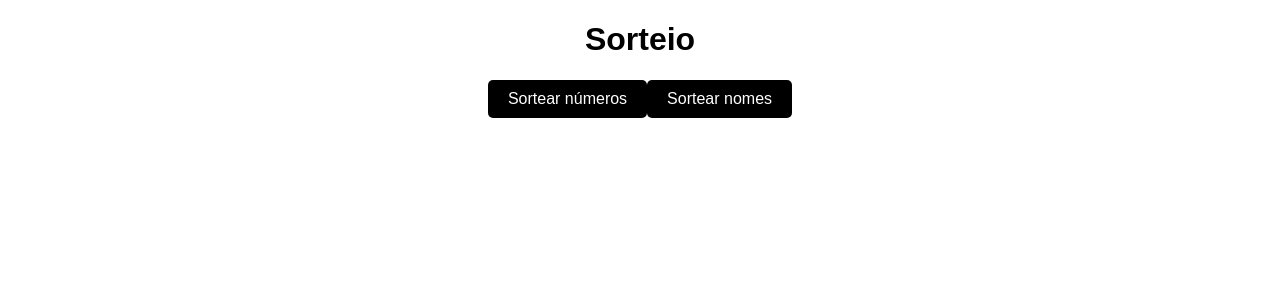
Repository: Matheus904-12/sorte
Page: index.html
The author's editor kept a copy of each file at every save. The page is drawn from the files as they stood at one save, then again after the next save.
The browser window is 1280 px wide. The pictures show the whole page.

Above is the page before, as saved 2023-09-10 19:06:49.

### index.html
<!DOCTYPE html>
<html lang="pt-br">
<head>
  <meta charset="UTF-8">
  <title>Sorteio</title>
  <link rel="stylesheet" href="style.css">
<script> src="main.js" </script>
</head>
<body>
  <div class="container">
    <h1>Sorteio</h1>
    <div class="options">
      <a href="sorteio-numeros.html" class="option">Sortear números</a>
      <a href="sorteio-nomes.html" class="option">Sortear nomes</a>
    </div>
  </div>
</body>
</html>

### style.css
body {
  font-family: sans-serif;
  margin: 0;
  padding: 0;
}

.container {
  width: 100%;
  max-width: 500px;
  margin: 0 auto;
}

h1 {
  font-size: 2em;
  text-align: center;
}

.options {
  display: flex;
  justify-content: center;
  margin-top: 20px;
}

.option {
  padding: 10px 20px;
  background-color: #000;
  color: #fff;
  text-decoration: none;
  cursor: pointer;
  border-radius: 5px
}

.option:hover {
  background-color: #ccc;
}

After the next save:
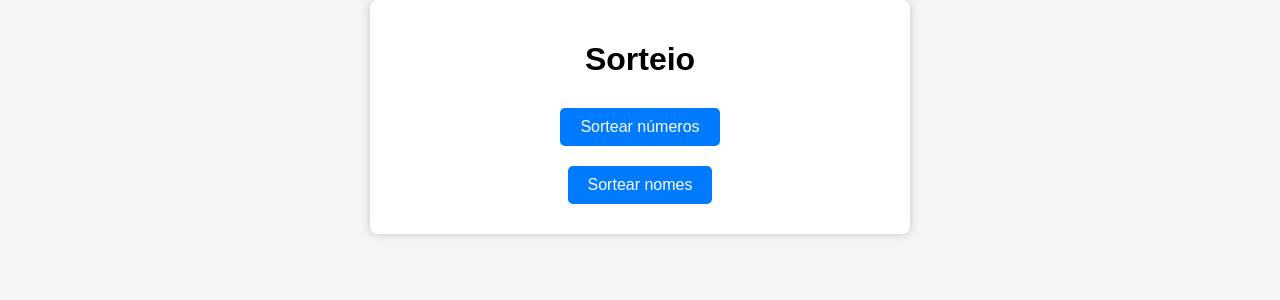
Saved 5 min 15 s later.
--- a/style.css
+++ b/style.css
@@ -1,35 +1,45 @@
+/* Reset de estilos padrão do navegador */
 body {
-  font-family: sans-serif;
+  font-family: Arial, sans-serif;
   margin: 0;
   padding: 0;
+  background-color: #f5f5f5;
 }
 
 .container {
-  width: 100%;
+  width: 80%;
   max-width: 500px;
   margin: 0 auto;
+  background-color: #fff;
+  border-radius: 8px;
+  padding: 20px;
+  box-shadow: 0px 0px 10px rgba(0, 0, 0, 0.2);
 }
 
 h1 {
   font-size: 2em;
   text-align: center;
+  margin-bottom: 20px;
 }
 
 .options {
   display: flex;
-  justify-content: center;
-  margin-top: 20px;
+  flex-direction: column;
+  align-items: center;
 }
 
 .option {
   padding: 10px 20px;
-  background-color: #000;
+  margin: 10px 0;
+  background-color: #007bff;
   color: #fff;
   text-decoration: none;
   cursor: pointer;
-  border-radius: 5px
+  border-radius: 5px;
+  text-align: center;
+  transition: background-color 0.3s;
 }
 
 .option:hover {
-  background-color: #ccc;
+  background-color: #0056b3;
 }
